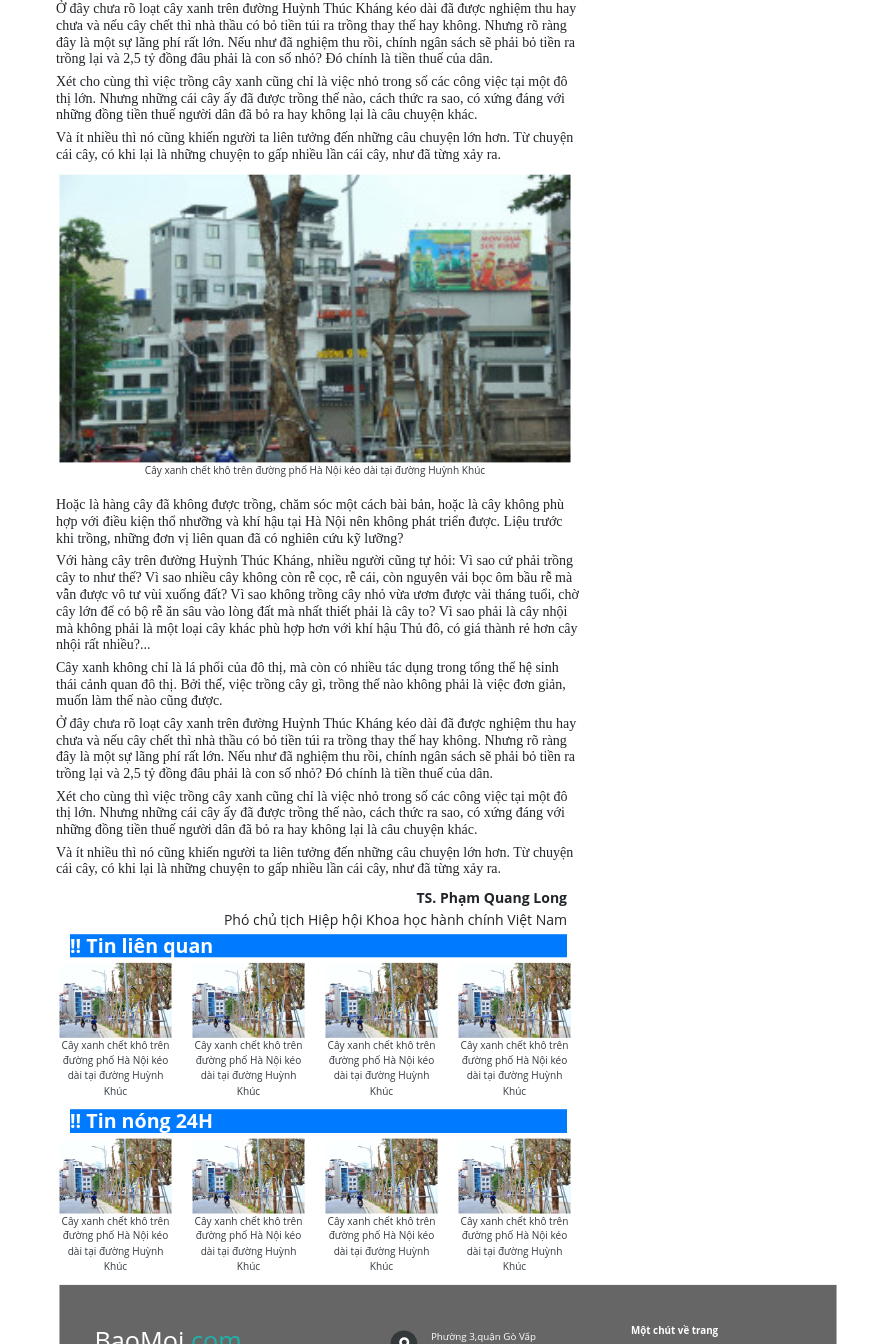
Repository: TRITO719/18_TrinhQuocToan_20081631
Page: So37/html/caykho.html
The author's editor kept a copy of each file at every save. The page is drawn from the files as they stood at one save, then again after the next save.
The browser window is 1280 px wide. The pictures show the part of the page from y = 2091 to 4011 px (the page is 4262 px tall before and 15900 px after), at 70% of full size.

Above is the page before, as saved 2023-05-04 10:59:26.

After the next save:
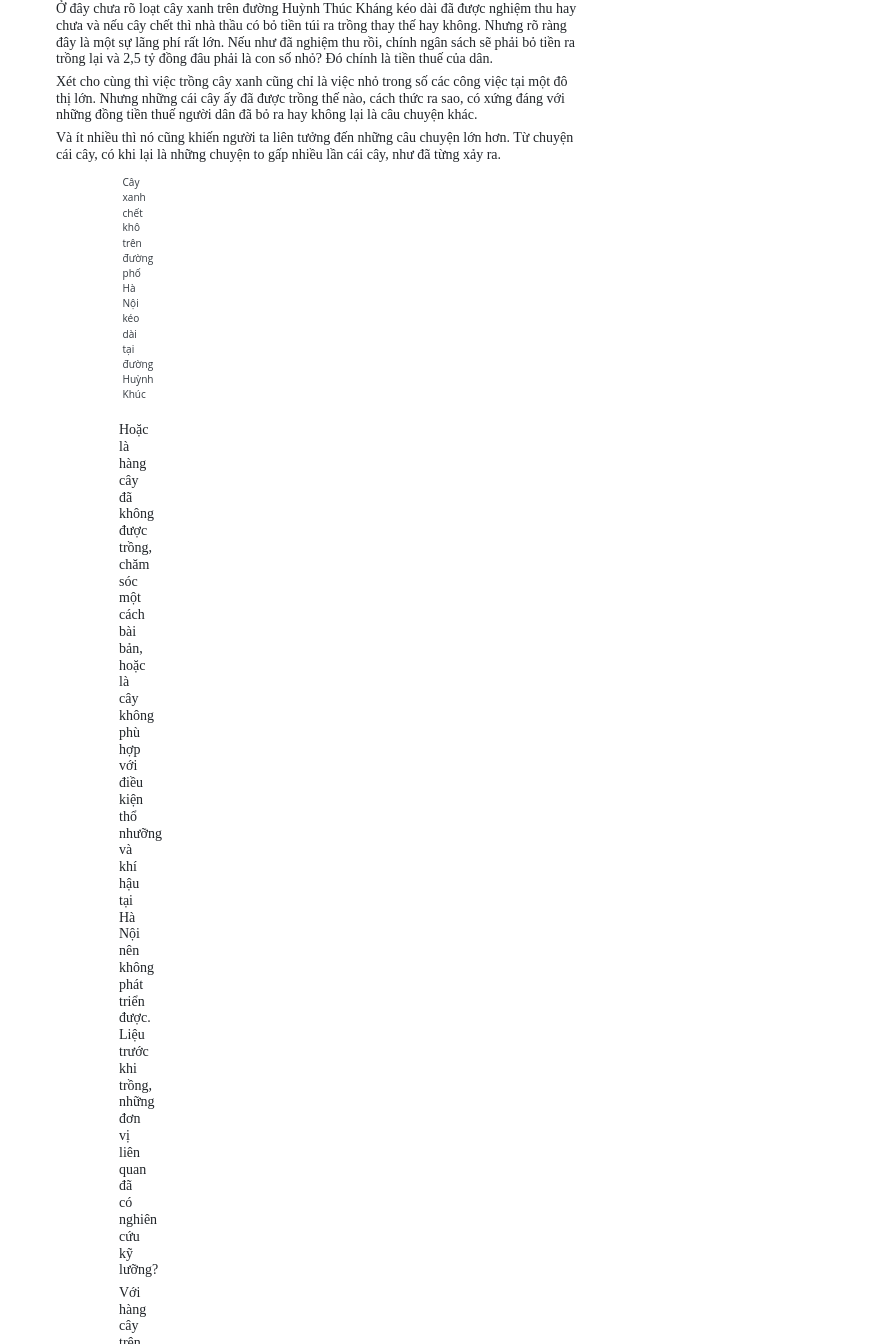
Saved 7 s later.
--- a/So37/html/caykho.html
+++ b/So37/html/caykho.html
@@ -151,6 +151,12 @@
                 </h5>
             </div>
             <div class="col-sm-8 col-md-8">
+            <div class="col-sm-8 col-md-8">
+            <div class="col-sm-8 col-md-8">
+            <div class="col-sm-8 col-md-8">
+            <div class="col-sm-8 col-md-8">
+            <div class="col-sm-8 col-md-8">
+                <div class="col-sm-8 col-md-8">
                 <figure>
                     <img src="../img/caykho/img-bgt-2021-img-9447-1679054770-width288height169.jpg" class="d-block w-100 trans" alt="Hình ảnh 1">
                     <figcaption class="figure-caption text-center text-dark ">
